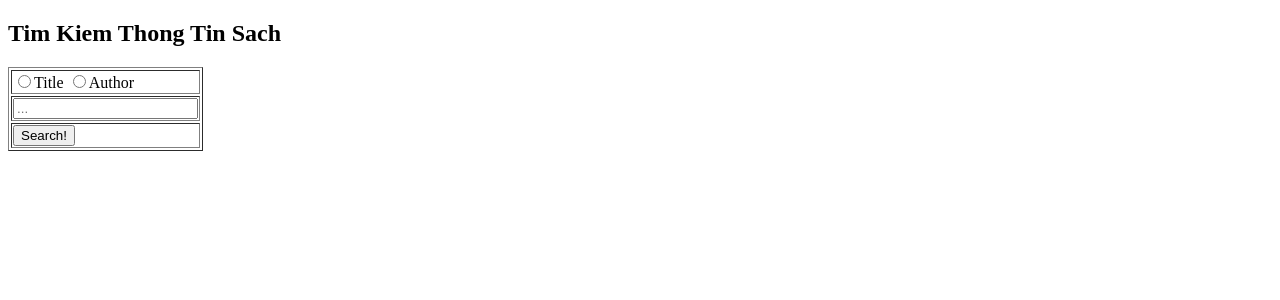
Repository: trangtruc/Java_NangCao
Page: http://localhost/EBookShop/myeshop.jsp
These files come from the project's save history. The page is drawn as it stood at one moment and after the next save; the edit follows.
The browser window is 1280 px wide. The pictures show the whole page.
The page is served by Tomcat 9.

Above is the page before, as saved 2017-03-14 15:13:10.

After the next save:
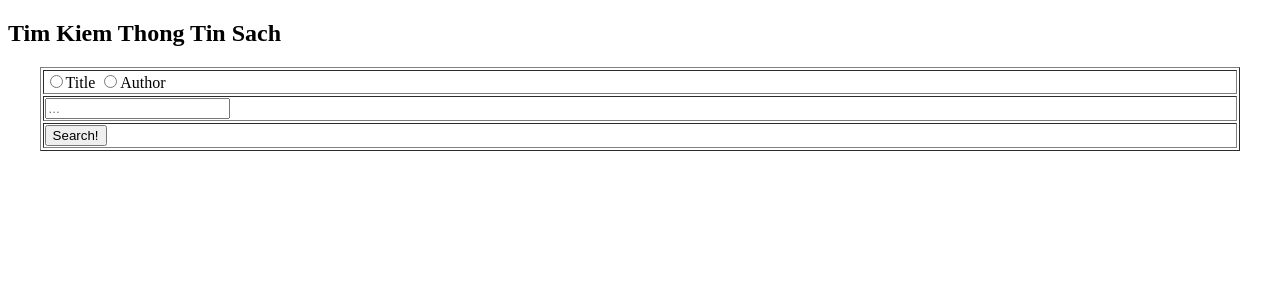
Saved 9 s later.
--- a/Buoi4/EBookShop/WebContent/myeshop.jsp
+++ b/Buoi4/EBookShop/WebContent/myeshop.jsp
@@ -9,7 +9,7 @@
 <body>
 	<h2>Tim Kiem Thong Tin Sach</h2>
 	<form method="POST" action="Controller">
-	<table border="1">
+	<table align="center" border="1" width="95%">
 		<tr>
 			<td>
 				<input type="radio" name="ra" value="title"/>Title
